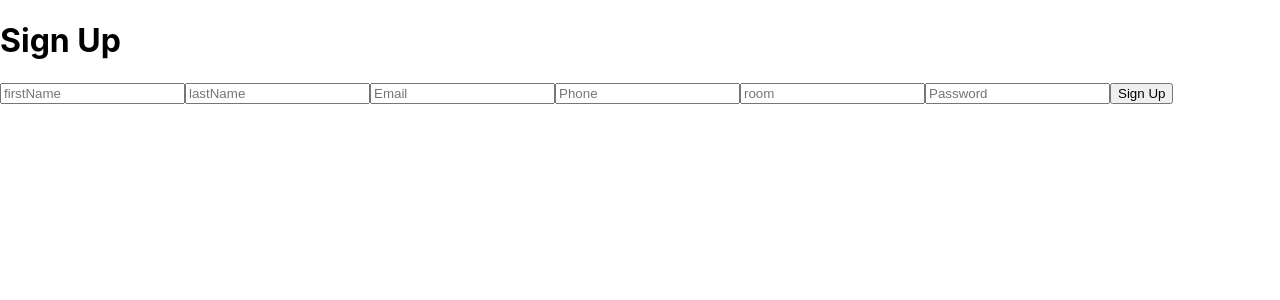
Repository: makanda596/system
Page: /signup (app in client/)
These files come from the project's save history. The page is drawn as it stood at one moment and after the next save; the edit follows.
The browser window is 1280 px wide. The pictures show the whole page.
The project was rebuilt for these pictures with package versions that can differ from the ones it lists, and the page was loaded fresh each time. Also part of the build but not shown: client/src/Home.jsx, client/src/LoginForm.jsx. Imported but missing from the stored project, and not drawn on this page: client/src/reportWebVitals.

Above is the page before, as saved 2024-12-02 18:37:02.

### client/src/App.js
import React from 'react';
import { BrowserRouter as Router, Route, Routes } from 'react-router-dom';
import Home from './Home.jsx'
import SignUpForm from './SignUpForm.jsx'
import LoginForm from './LoginForm.jsx'
function App() {
  return (
    <Router>
      <Routes>
        <Route path="/signup" element={<SignUpForm />} />
        <Route path="/login" element={<LoginForm />} />
        <Route path="/home" element={<Home />} />
      </Routes>
    </Router>
  );
}

export default App;

### client/src/SignUpForm.jsx
import React, { useState } from 'react';
import axios from 'axios';

function SignUpForm() {
    const [formData, setFormData] = useState({
        firstName: '',
        lastName: '',
        email: '',
        phoneNumber: '',
        roomNumber: '',
        password: ''
    });

    const [message, setMessage] = useState(''); // For success or error messages
    const [isError, setIsError] = useState(false); // To track error state

    const handleChange = (e) => {
        setFormData({ ...formData, [e.target.name]: e.target.value });
    };

    const handleSubmit = async (e) => {
        e.preventDefault();
        try {
            const response = await axios.post('http://localhost:5000/signup', formData);
            setIsError(false);
            setMessage(response.data.message); // Display success message
            setFormData({ firstName: '', lastName: '', email: '', phoneNumber: '', roomNumber: '', password: '' }); // Clear form
        } catch (error) {
            setIsError(true);
            setMessage(error.response?.data?.message || 'An error occurred. Please try again.');
        }
    };

    return (
        <div>
            <h1>Sign Up</h1>
            <form onSubmit={handleSubmit}>
                <input
                    type="text"
                    name="firstName"
                    value={formData.firstName}
                    onChange={handleChange}
                    placeholder="firstName"
                    required
                />
                <input
                    type="text"
                    name="lastName"
                    value={formData.lastName}
                    onChange={handleChange}
                    placeholder="lastName"
                    required
                />
                <input
                    type="email"
                    name="email"
                    value={formData.email}
                    onChange={handleChange}
                    placeholder="Email"
                    required
                />
                <input
                    type="text"
                    name="phoneNumber"
                    value={formData.phoneNumber}
                    onChange={handleChange}
                    placeholder="Phone"
                    required
                />
                <input
                    type="number"
                    name="roomNumber"
                    value={formData.roomNumber}
                    onChange={handleChange}
                    placeholder="room"
                    required
                />
                <input
                    type="password"
                    name="password"
                    value={formData.password}
                    onChange={handleChange}
                    placeholder="Password"
                    required
                />
                <button type="submit">Sign Up</button>
            </form>
            {message && (
                <p style={{ color: isError ? 'red' : 'green' }}>{message}</p> // Display success or error message
            )}
        </div>
    );
}

export default SignUpForm;

Loaded but not shown: client/src/index.js (common file); client/src/index.css (common file)

After the next save:
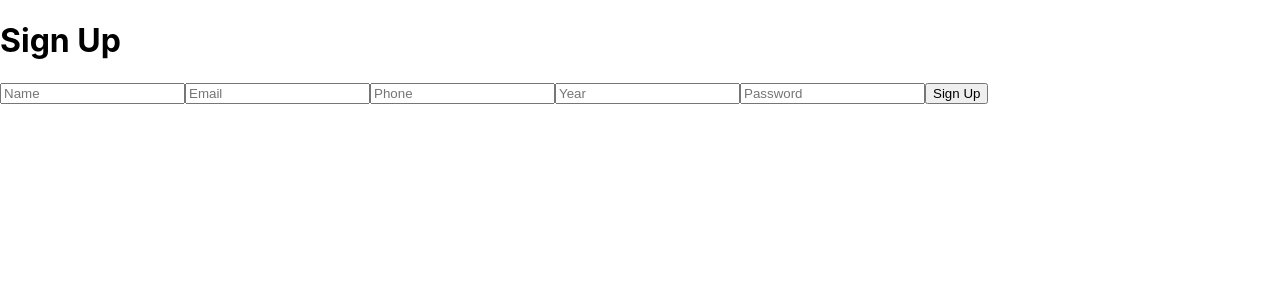
Saved 6 s later.
--- a/client/src/SignUpForm.jsx
+++ b/client/src/SignUpForm.jsx
@@ -3,11 +3,10 @@ import axios from 'axios';
 
 function SignUpForm() {
     const [formData, setFormData] = useState({
-        firstName: '',
-        lastName: '',
+        name: '',
         email: '',
-        phoneNumber: '',
-        roomNumber: '',
+        phone: '',
+        year: '',
         password: ''
     });
 
@@ -24,7 +23,7 @@ function SignUpForm() {
             const response = await axios.post('http://localhost:5000/signup', formData);
             setIsError(false);
             setMessage(response.data.message); // Display success message
-            setFormData({ firstName: '', lastName: '', email: '', phoneNumber: '', roomNumber: '', password: '' }); // Clear form
+            setFormData({ name: '', email: '', phone: '', year: '', password: '' }); // Clear form
         } catch (error) {
             setIsError(true);
             setMessage(error.response?.data?.message || 'An error occurred. Please try again.');
@@ -37,18 +36,10 @@ function SignUpForm() {
             <form onSubmit={handleSubmit}>
                 <input
                     type="text"
-                    name="firstName"
-                    value={formData.firstName}
+                    name="name"
+                    value={formData.name}
                     onChange={handleChange}
-                    placeholder="firstName"
-                    required
-                />
-                <input
-                    type="text"
-                    name="lastName"
-                    value={formData.lastName}
-                    onChange={handleChange}
-                    placeholder="lastName"
+                    placeholder="Name"
                     required
                 />
                 <input
@@ -61,18 +52,18 @@ function SignUpForm() {
                 />
                 <input
                     type="text"
-                    name="phoneNumber"
-                    value={formData.phoneNumber}
+                    name="phone"
+                    value={formData.phone}
                     onChange={handleChange}
                     placeholder="Phone"
                     required
                 />
                 <input
-                    type="number"
-                    name="roomNumber"
-                    value={formData.roomNumber}
+                    type="text"
+                    name="year"
+                    value={formData.year}
                     onChange={handleChange}
-                    placeholder="room"
+                    placeholder="Year"
                     required
                 />
                 <input
